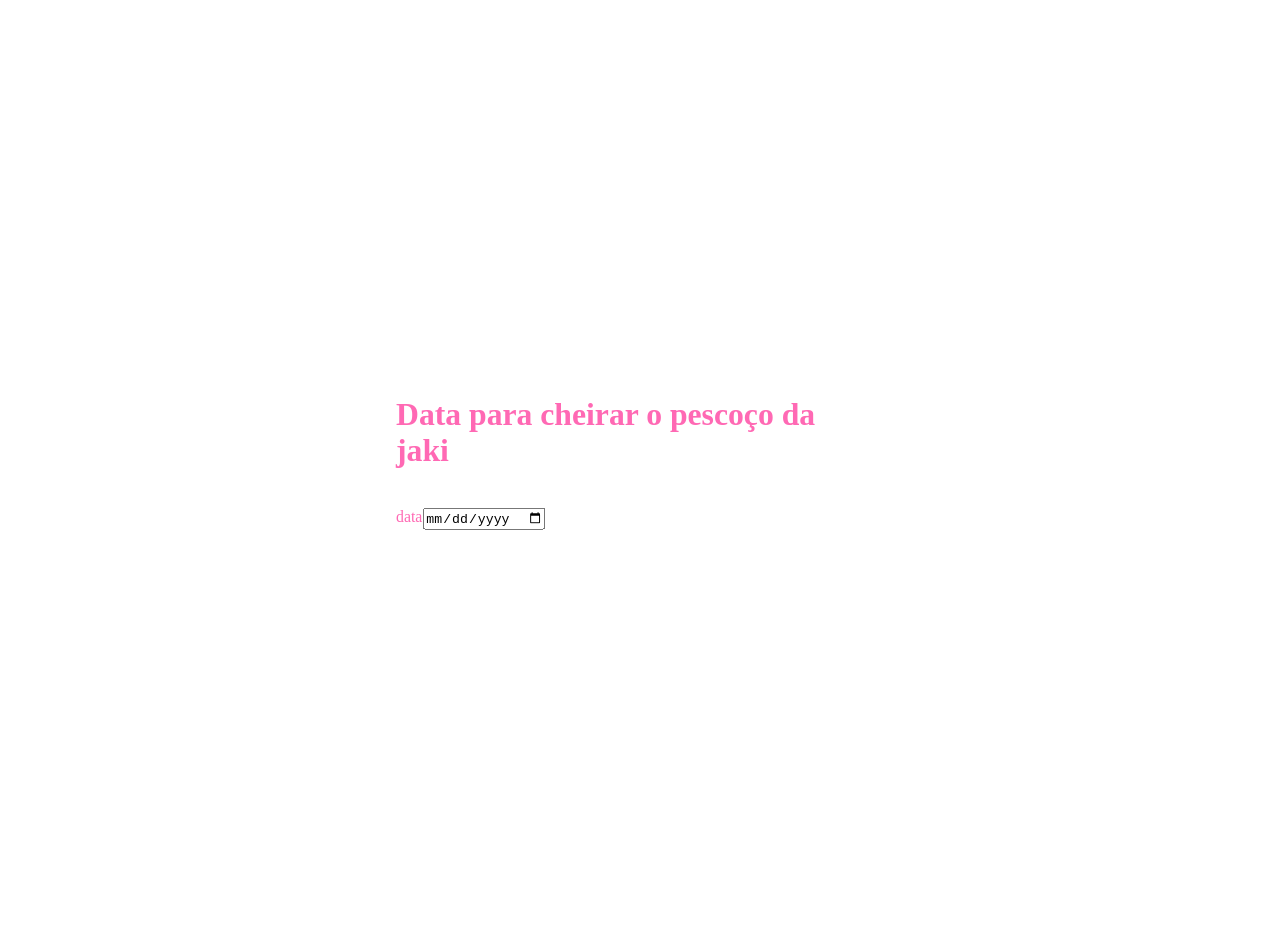
Repository: Danieloliver11/S.O.S-HUMANIDADE-BACK-END
Page: ACSocioambiental/eventoapp/src/main/resources/templates/index.html
The author's editor kept a copy of each file at every save. The page is drawn from the files as they stood at one save, then again after the next save.
The browser window is 1280 px wide. The pictures show the whole page, at 99% of full size.

Above is the page before, as saved 2021-04-01 21:56:51.

### ACSocioambiental/eventoapp/src/main/resources/templates/index.html
<html>
<head>
	<style>
	body{
	color: #FF69B4;
	padding: 200px;
	margin: 200px}
	</style>
</head>
<body>
<h1>Data para cheirar o pescoço da jaki </h1>
<form method="post">

</br>data<input type ="date">

</body>

</html>

After the next save:
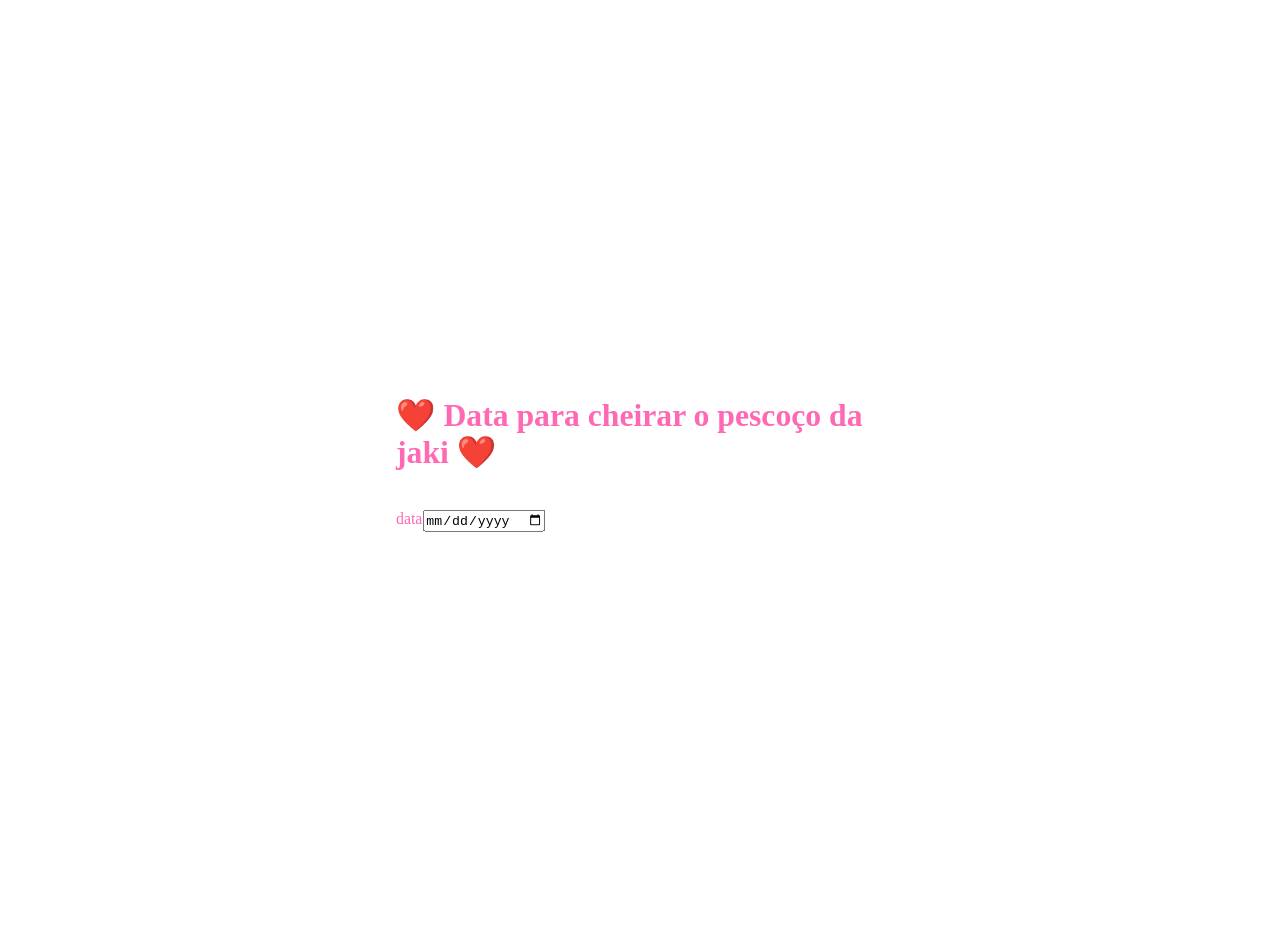
Saved 65 s later.
--- a/ACSocioambiental/eventoapp/src/main/resources/templates/index.html
+++ b/ACSocioambiental/eventoapp/src/main/resources/templates/index.html
@@ -8,7 +8,7 @@
 	</style>
 </head>
 <body>
-<h1>Data para cheirar o pescoço da jaki </h1>
+<h1>❤️ Data para cheirar o pescoço da jaki ❤️ </h1>
 <form method="post">
 
 </br>data<input type ="date">
